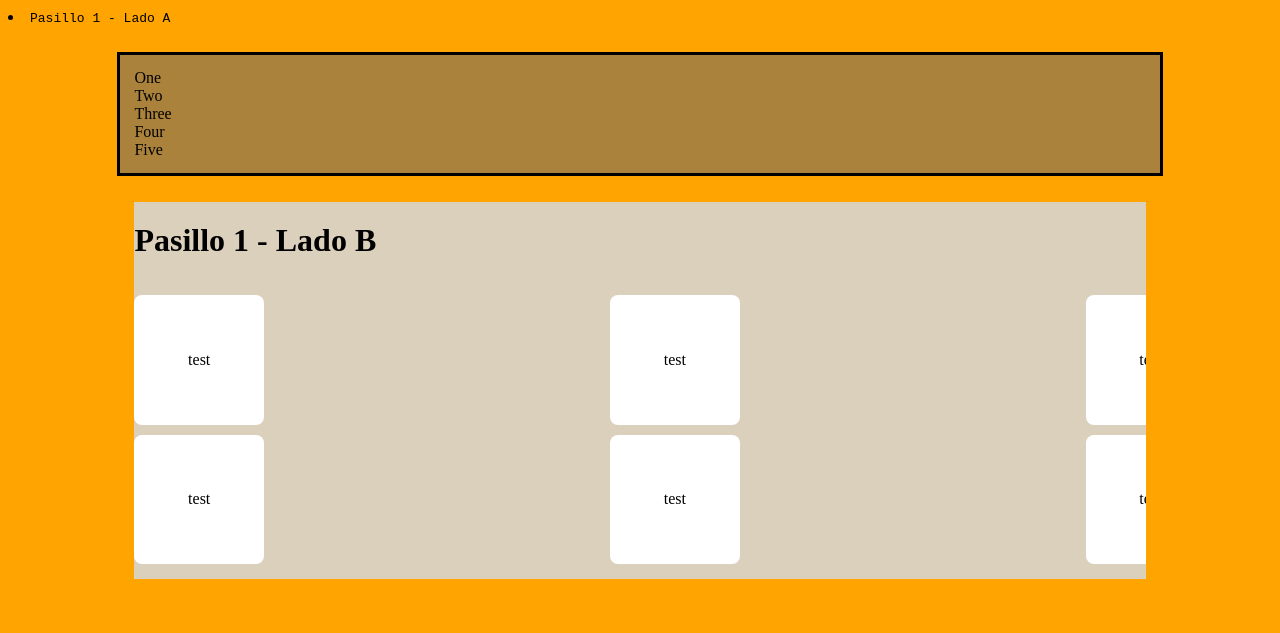
Repository: Franzcod/DepoStock_Web
Page: index.html
An editor plug-in stored every save of this project. The page is shown before and after the next save, followed by the edit.
The browser window is 1280 px wide. The pictures show the whole page.

Above is the page before, as saved 2020-06-07 02:40:56.
Console error: ReferenceError: ur is not defined

### index.html
<!DOCTYPE html>
<html lang="en">
<head>
    <meta charset="UTF-8">
    <meta name="viewport" content="width=device-width, initial-scale=1.0">
    <title>Deposito Probusol</title>

    <link rel="stylesheet" href="estilo/estilo.css">
</head>
<body>

    <li><code>Pasillo 1 - Lado A</code>
        <div id="div2">
            <div class="wrapper">
                <div class="box1">One</div>
                <div class="box2">Two</div>
                <div class="box3">Three</div>
                <div class="box4">Four</div>
                <div class="box5">Five</div>
            </div>
        </div>
    </li>

    <div class="app">
        <h1>Pasillo 1 - Lado B</h1>

        <ul class="hs">
            <li class="item">test</li>
            <li class="item">test</li>
            <li class="item">test</li>
            <li class="item">test</li>
            <li class="item">test</li>
            <li class="item">test</li>
            <li class="item">test</li>
            <li class="item">test</li>
            <li class="item">test</li>
            <li class="item">test</li>
            <li class="item">test</li>
            <li class="item">test</li>
            <li class="item">test</li>
            <li class="item">test</li>
            <li class="item">test</li>
            <li class="item">test</li>
            <li class="item">test</li>
            <li class="item">test</li>
            <li class="item">test</li>
            <li class="item">test</li>
            <li class="item">test</li>
            <li class="item">test</li>
            <li class="item">test</li>
            <li class="item">test</li>
        </ul>

        <!-- <div class="container">
            <div class="item">
            <h3>Block for context</h3>
            </div>
        </div> -->
    </div>






    <script>ur</script>

</body>







</html>

### estilo/estilo.css
html{
    background-color: rgba(255, 164, 0, 1);
}

#div2 {
    border: 3px solid black;
    width:  80%;
    height: 40%;
    margin: 2vw auto;
    padding: 2vh 2vh;
    background-color: rgba(105, 105, 105, 0.565);
}

#div2 { overflow-x: scroll;}

:root {
--gutter: 20px;
}

.app {
padding: var(--gutter) 0;
display: grid;
grid-gap: var(--gutter) 0;
/* grid-template-columns: var(--gutter) 1fr var(--gutter); */
align-content: start;
}

/* .app > * {
grid-column: 2 / 2;
} */
/*
.app > .full {
grid-column: 1 / -1;
} */

.hs {
display: grid;
grid-gap: calc(var(--gutter) / 2);
grid-template-columns: repeat(15, calc(50% - var(--gutter) * 2));
grid-template-rows: minmax(7vw, 1fr);

overflow-x: scroll;
/* scroll-snap-type: x proximity; */
/* padding-bottom: calc(.75 * var(--gutter));*/
margin-bottom: calc(-.25 * var(--gutter));
/* width: 7vw; */
}

/* Demo styles */

ul {
list-style: none;
padding: 0;
}

h1,
h2,
h3 {
margin: 0;
}

.app {
width: 80%;
height: 30%;
background: #DBD0BC;
overflow-y: scroll;
margin: 2vw auto;

}

.hs > li,
.item {
scroll-snap-align: center;
padding: calc(var(--gutter) / 1 );
display: flex;
flex-direction: column;
justify-content: center;
align-items: center;
background: #fff;
border-radius: 8px;
height: 7vw;
width: 7vw;
}

After the next save:
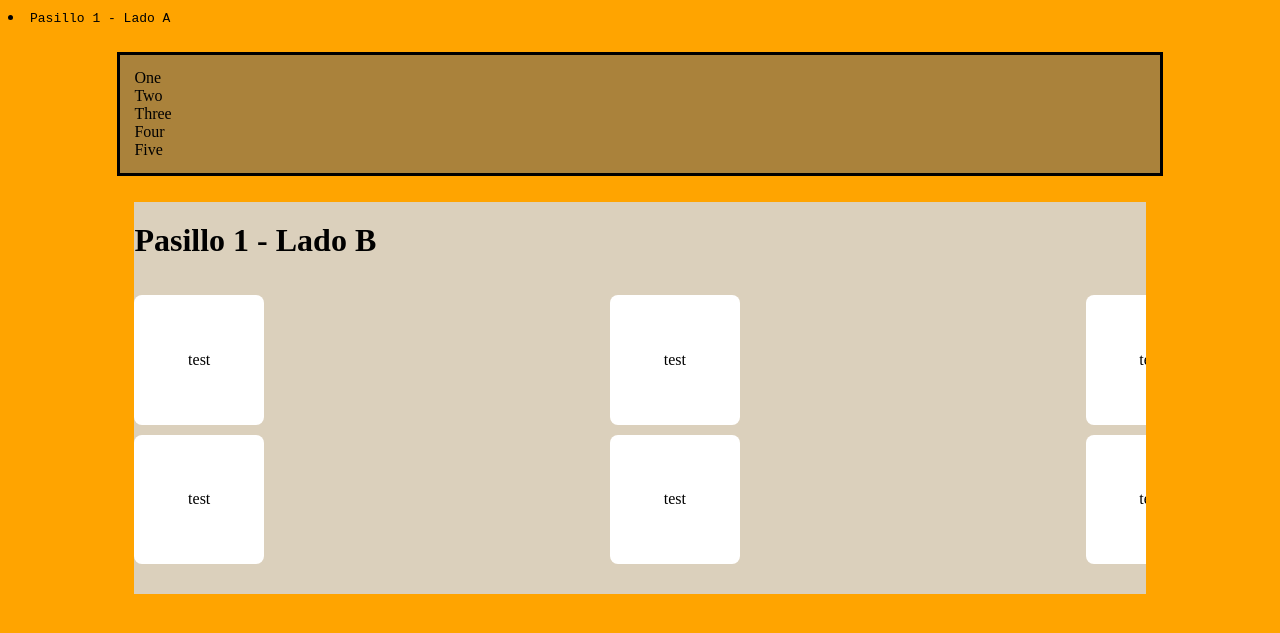
Saved 7 s later.
--- a/estilo/estilo.css
+++ b/estilo/estilo.css
@@ -41,7 +41,7 @@ grid-template-rows: minmax(7vw, 1fr);
 
 overflow-x: scroll;
 /* scroll-snap-type: x proximity; */
-/* padding-bottom: calc(.75 * var(--gutter));*/
+padding-bottom: calc(.75 * var(--gutter));
 margin-bottom: calc(-.25 * var(--gutter));
 /* width: 7vw; */
 }
